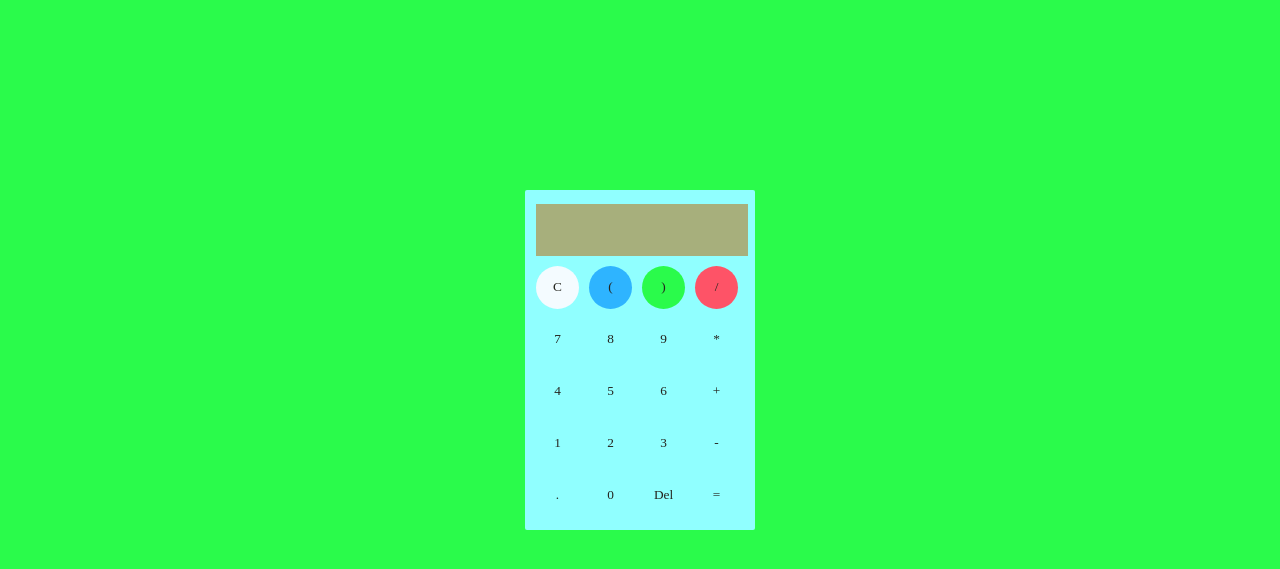
Repository: ServerK001/CalcJsVanilha
Page: index.html
These files come from the project's save history. The page is drawn as it stood at one moment and after the next save; the edit follows.
The browser window is 1280 px wide. The pictures show the whole page.

Above is the page before, as saved 2022-02-14 22:04:14.

### index.html
<!DOCTYPE html>
<html lang="pt-br">
<head>
    <meta charset="UTF-8">
    <meta http-equiv="X-UA-Compatible" content="IE=edge">
    <meta name="viewport" content="width=device-width, initial-scale=1.0">
    <script src="index.js" ></script>
    <link rel="stylesheet" href="style.css">


    <title>Calculadora</title>
</head>
<body>

        <section class="conteiner">


            <table class="calculadora">
                <tr>
                    <td colspan="4"><input type="text" class="display"></td>
                </tr>

                <tr>
                    <td><button class="btn btn_1 btn-clear">C</button></td>
                    <td><button class="btn btn_2 btn-num">(</button></td>
                    <td><button class="btn btn_3 btn-num">)</button></td>
                    <td><button class="btn btn_4 btn-num">/</button></td>
                </tr>

                <tr>
                    <td><button class="btn btn-num">7</button></td>
                    <td><button class="btn btn-num">8</button></td>
                    <td><button class="btn btn-num">9</button></td>
                    <td><button class="btn btn-num">*</button></td>
                </tr>
                <tr>
                    <td><button class="btn btn-num">4</button></td>
                    <td><button class="btn btn-num">5</button></td>
                    <td><button class="btn btn-num">6</button></td>
                    <td><button class="btn btn-num">+</button></td>
                </tr>
                <tr>
                    <td><button class="btn btn-num">1</button></td>
                    <td><button class="btn btn-num">2</button></td>
                    <td><button class="btn btn-num">3</button></td>
                    <td><button class="btn btn-num">-</button></td>
                </tr>
                <tr>
                    <td><button class="btn btn-num">.</button></td>
                    <td><button class="btn btn-num">0</button></td>
                    <td><button class="btn btn-del">Del</button></td>
                    <td><button class="btn btn-num">=</button></td>
                </tr>

            </table>


        </section>

</body>
</html>

### index.js
console.log('Olá mundo')

### style.css


:root{
    --btn: #25251f;
    --font-display:#435338;
    --displayBG:#a7af7c;
    --bgCalc:#90FFFF;
    --bgConteiner:#5b5b5b;

    /*Bootuns Colors*/

    --btn_1:#F4FBFF;
    --btn_2:#2EB4FF;
    --btn_3:#2AFB4B;
    --btn_4:#FE5367;
    --btn_5:#FDEA44;
    --btn_6:#EA46ED;
    --btnHover: #c5e9fd;




}

.display{
    font-size: 1rem;
    width: 100%;
    height: 50px;
    text-align: right;
    font-family: "Unibody 8";
    color: var(--font-display);
    background-color: var(--displayBG);

        border: none;
}
input{
    display: flex;
}

.btn{
    font-family: "Unibody 8";
    color:var(--btn);
    background-color: var(--bgBtn);
    padding: 0.5rem ;
    border-radius: 50%;
    align-items: center;
    border: none;
    height: 43px;
    width: 43px;
    text-align: center;
    transition: 0.3s;
}.btn:hover{
    background-color: var(--btnHover) ;
}


.calculadora{
    background-color: var(--bgCalc);
    padding: 0.5rem;
    height: 340px;
    width: 230px;
    border-radius: 2px;

}


.body{
    background-color: var(--bgConteiner);
    padding: 1rem;
}

.btn_1{background-color:var(--btn_1)}
.btn_2{background-color:var(--btn_2)}
.btn_3{background-color:var(--btn_3)}
.btn_4{background-color:var(--btn_4)}
.btn_5{background-color:var(--btn_5)}
.btn_6{background-color:var(--btn_6)}

.conteiner{
    display: flex;
    align-items: center;
    justify-content: center;
    height: 100vh;
    background-color: #2AFB4B;
}




html, body{
    box-sizing:none;
    margin: 0 auto;
    border: none;
    padding: 0;
    line-height: 1;


}

After the next save:
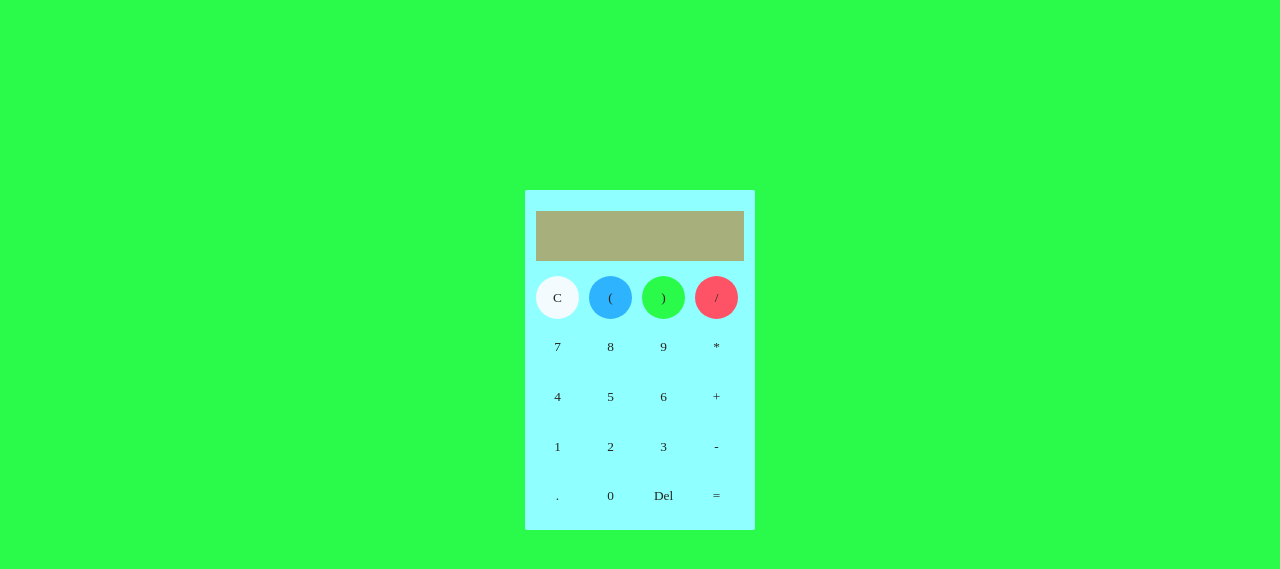
Saved 43 s later.
--- a/style.css
+++ b/style.css
@@ -33,9 +33,13 @@
 
         border: none;
 }
-input{
-    display: flex;
-}
+
+input[type=text] {
+    width: 100%;
+    padding: 12px 20px;
+    margin: 8px 0;
+    box-sizing: border-box;
+  }
 
 .btn{
     font-family: "Unibody 8";
